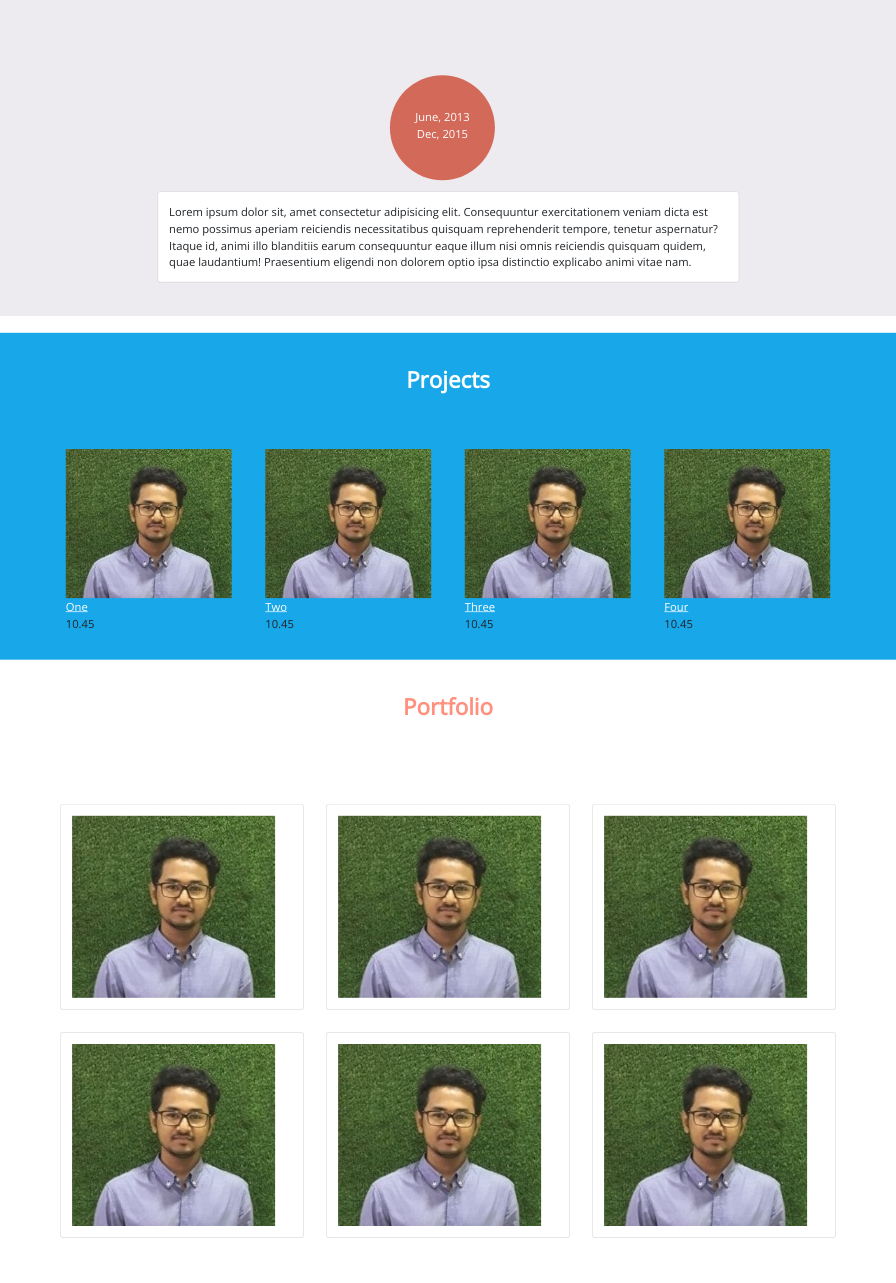
Repository: emowzz/emowzz.github.io
Page: index.html
The author's editor kept a copy of each file at every save. The page is drawn from the files as they stood at one save, then again after the next save.
The browser window is 1280 px wide. The pictures show the part of the page from y = 1748 to 3668 px (the page is 3581 px tall before and 3668 px after), at 70% of full size.
Some web libraries are served in a nearby version.

Above is the page before, as saved 2021-03-17 23:55:15.

### index.html
<!doctype html>
<html lang="en">

<head>
  <!-- Required meta tags -->
  <meta charset="utf-8">
  <meta name="viewport" content="width=device-width, initial-scale=1">
  <link rel="shortcut icon" type="image/png" href="./Image/myImgZoom.jpg">
  <!-- Bootstrap CSS -->
  <link href="https://cdn.jsdelivr.net/npm/bootstrap@5.0.0-beta2/dist/css/bootstrap.min.css" rel="stylesheet"
    integrity="sha384-BmbxuPwQa2lc/FVzBcNJ7UAyJxM6wuqIj61tLrc4wSX0szH/Ev+nYRRuWlolflfl" crossorigin="anonymous">
  <link rel="preconnect" href="https://fonts.gstatic.com">
  <link href="https://fonts.googleapis.com/css2?family=Open+Sans:wght@300&display=swap" rel="stylesheet">
  <link rel="stylesheet" href="./CSS/style.css">


  <title>Hi There, I'm Fahim Foysal Emon!</title>

  <script src="https://kit.fontawesome.com/a076d05399.js" crossorigin="anonymous"></script>
</head>

<body>

  <!-- this is banner section -->
  <section class="banner-container container-fluid">
    <div class="row vh-100">
      <div class="col-md-9 banner-column m-auto text-center text-white p-4 border border-light">
        <h1 class="display:4 fw-bolder">Fahim Foysal Emon</h1>
        <h3>Software Developer</h3>
      </div>
    </div>
  </section>

  <!-- this is nav-bar section -->
  <nav class="navbar navbar-expand-lg navbar-dark navbar-container">
    <div class="container-fluid">
      <button class="navbar-toggler" type="button" data-bs-toggle="collapse" data-bs-target="#navbarSupportedContent"
        aria-controls="navbarSupportedContent" aria-expanded="false" aria-label="Toggle navigation">
        <span class="navbar-toggler-icon"></span>
      </button>
      <div class="collapse navbar-collapse" id="navbarSupportedContent">
        <ul class="navbar-nav m-auto mb-2 mb-lg-0">
          <li class="nav-item">
            <a class="nav-link active" aria-current="page" href="#About">ABOUT</a>
          </li>
          <li class="nav-item">
            <a class="nav-link" href="#Education">EDUCATION</a>
          </li>
          <li class="nav-item">
            <a class="nav-link" href="#Project">PROJECT</a>
          </li>
          <li class="nav-item">
            <a class="nav-link" href="#Portfolio">PORTFOLIO</a>
          </li>
          <li class="nav-item">
            <a class="nav-link" href="#Gallery">GALLERY</a>
          </li>
          <li class="nav-item">
            <a class="nav-link" href="#Contact">CONTACT</a>
          </li>
        </ul>
      </div>
    </div>
  </nav>

  <!-- this is about section -->
  <div class="about-container" id="About">
    <div class="container">
      <div class="row align-items-center justify-content-center">
        <div class="col-md-9 py-5 text-white">
          <h3>Fahim Foysal Emon</h3>
          <p>Software Developer</p>
          <p>Lorem ipsum dolor, sit amet consectetur adipisicing elit. Qui a architecto tempore blanditiis, aperiam
            eius, id optio fugit odit quis reiciendis ad expedita consequatur dolores repellendus asperiores illum
            assumenda molestias distinctio dicta suscipit mollitia doloribus eum voluptates. Quisquam molestiae eius
            numquam quidem iusto asperiores dolorem minima minus accusantium, accusamus doloribus.</p>
          <p>Lorem ipsum dolor sit, amet consectetur adipisicing elit. Sint quidem accusamus dolor sed voluptas
            distinctio eos? Tempore sed omnis mollitia asperiores quos quidem hic porro consectetur? Numquam in ipsa
            commodi inventore nostrum asperiores consequuntur! Nemo molestiae necessitatibus suscipit doloribus eius!
          </p>
          <p>
            Lorem ipsum dolor sit amet consectetur adipisicing elit. Nisi suscipit dignissimos tempore culpa soluta,
            assumenda voluptas dolores quam nobis? Sed ad dolores itaque eveniet nulla autem quos et. Animi, laudantium?
          </p>
        </div>

        <div class="col-md-3 mb-4">
          <img src="/Image/myImg.png" alt="" class="img-fluid border rounded-circle border-light">
        </div>
      </div>
    </div>
  </div>

  <!-- this is education section -->
  <div class="education-container" id="Education">
    <div class="container">
      <div class="row text-center">
        <div class="col py-5">
          <h2 class="bg-redType-color fw-bolder">
            Education
          </h2>
        </div>
      </div>

      <div class="row my-4 py-5 align-items-center justify-content-center">
        <div class="col-md-2 pd-3 mx-5">
          <div class="circle text-center text-white">
            <p class="py-5">
              June, 2013 <br>
              Dec, 2015
            </p>
          </div>
        </div>

        <div class="col-md-9">
          <div class="card">
            <div class="card-body">
              Lorem ipsum dolor sit, amet consectetur adipisicing elit. Consequuntur exercitationem veniam dicta est
              nemo possimus aperiam reiciendis necessitatibus quisquam reprehenderit tempore, tenetur aspernatur? Itaque
              id, animi illo blanditiis earum consequuntur eaque illum nisi omnis reiciendis quisquam quidem, quae
              laudantium! Praesentium eligendi non dolorem optio ipsa distinctio explicabo animi vitae nam.
            </div>
          </div>
        </div>

      </div>

      <div class="row my-4 py-5 align-items-center justify-content-center">
        <div class="col-md-2 pb-3 mx-5">
          <div class="circle text-center text-white">
            <p class="py-5">
              June, 2013 <br>
              Dec, 2015
            </p>
          </div>
        </div>

        <div class="col-md-9">
          <div class="card">
            <div class="card-body">
              Lorem ipsum dolor sit, amet consectetur adipisicing elit. Consequuntur exercitationem veniam dicta est
              nemo possimus aperiam reiciendis necessitatibus quisquam reprehenderit tempore, tenetur aspernatur? Itaque
              id, animi illo blanditiis earum consequuntur eaque illum nisi omnis reiciendis quisquam quidem, quae
              laudantium! Praesentium eligendi non dolorem optio ipsa distinctio explicabo animi vitae nam.
            </div>
          </div>
        </div>

      </div>
    </div>
  </div>

  <!-- this is project section -->

  <div class="project-container" id="Project">
    <div class="container">
      <div class="row text-center">
        <div class="col py-5">
          <h2 class="text-white fw-bolder">
            Projects
          </h2>
        </div>
      </div>
      <div class="row">
        <div class="col-md-3 p-4">
          <img src="./Image/myImgZoom.jpg" alt="" class="img-fluid">
          <a href="" class="text-white">One</a>
          <p>10.45</p>
        </div>
        <div class="col-md-3 p-4">
          <img src="./Image/myImgZoom.jpg" alt="" class="img-fluid">
          <a href="" class="text-white">Two</a>
          <p>10.45</p>
        </div>
        <div class="col-md-3 p-4">
          <img src="./Image/myImgZoom.jpg" alt="" class="img-fluid">
          <a href="" class="text-white">Three</a>
          <p>10.45</p>
        </div>
        <div class="col-md-3 p-4">
          <img src="./Image/myImgZoom.jpg" alt="" class="img-fluid">
          <a href="" class="text-white">Four</a>
          <p>10.45</p>
        </div>
        </div>
      </div>
    </div>


    <!-- This is portfolio section -->

    <div class="portfolio-container" id="Portfolio">
      <div class="container">
        <div class="row text-center py-5">
          <div class="col">
            <h2 class="fw-bolder bg-redType-color">
              Portfolio
            </h2>
          </div>
        </div>

        <div class="row py-5">

          <div class="col-md-4 p-3">
            <div class="card">
              <div class="card-body">
                <img src="./Image/myImgZoom.jpg" alt="" class="img-fluid">
              </div>
            </div>
          </div>

          <div class="col-md-4 p-3">
            <div class="card">
              <div class="card-body">
                <img src="./Image/myImgZoom.jpg" alt="" class="img-fluid">
              </div>
            </div>
          </div>

          <div class="col-md-4 p-3">
            <div class="card">
              <div class="card-body">
                <img src="./Image/myImgZoom.jpg" alt="" class="img-fluid">
              </div>
            </div>
          </div>

          <div class="col-md-4 p-3">
            <div class="card">
              <div class="card-body">
                <img src="./Image/myImgZoom.jpg" alt="" class="img-fluid">
              </div>
            </div>
          </div>

          <div class="col-md-4 p-3">
            <div class="card">
              <div class="card-body">
                <img src="./Image/myImgZoom.jpg" alt="" class="img-fluid">
              </div>
            </div>
          </div>

          <div class="col-md-4 p-3">
            <div class="card">
              <div class="card-body">
                <img src="./Image/myImgZoom.jpg" alt="" class="img-fluid">
              </div>
            </div>
          </div>


        </div>

      </div>

    </div>

    <!-- this is contact section -->

    <div class="contact-container">
      <div class="container">

      </div>
    </div>

  <!-- Optional JavaScript; choose one of the two! -->

  <!-- Option 1: Bootstrap Bundle with Popper -->
  <script src="https://cdn.jsdelivr.net/npm/bootstrap@5.0.0-beta2/dist/js/bootstrap.bundle.min.js"
    integrity="sha384-b5kHyXgcpbZJO/tY9Ul7kGkf1S0CWuKcCD38l8YkeH8z8QjE0GmW1gYU5S9FOnJ0"
    crossorigin="anonymous"></script>

  <!-- Option 2: Separate Popper and Bootstrap JS -->
  <!--
    <script src="https://cdn.jsdelivr.net/npm/@popperjs/core@2.6.0/dist/umd/popper.min.js" integrity="sha384-KsvD1yqQ1/1+IA7gi3P0tyJcT3vR+NdBTt13hSJ2lnve8agRGXTTyNaBYmCR/Nwi" crossorigin="anonymous"></script>
    <script src="https://cdn.jsdelivr.net/npm/bootstrap@5.0.0-beta2/dist/js/bootstrap.min.js" integrity="sha384-nsg8ua9HAw1y0W1btsyWgBklPnCUAFLuTMS2G72MMONqmOymq585AcH49TLBQObG" crossorigin="anonymous"></script>
    -->
</body>

</html>

### CSS/style.css
body {
    font-family: 'Open Sans', sans-serif;
}


.banner-container {
    background-color: #CACACA;
}

.banner-column {
    background-color: #868486;
}

.navbar-container {
    top: 0%;
    background-color: #102040;
    position: sticky;
    z-index: 1;
}

.about-container {
    background-color: #00A9C0;
}

.education-container {
    background-color: #eeebf0;
}

.bg-redType {
    background-color: #d36959;
}

.bg-redType-color {
    color: #FF907E;
}

.circle {
    background-color: #d36959;
    width: 150px;
    height: 150px;
    border-radius: 50%;
}

.project-container {
    background-color: #18a7e9;
}

.card-img-top {
    width: 100%;
    height: 15vw;
    object-fit: cover;
}

.contact-container {
    background-color: #474D5F;
}

After the next save:
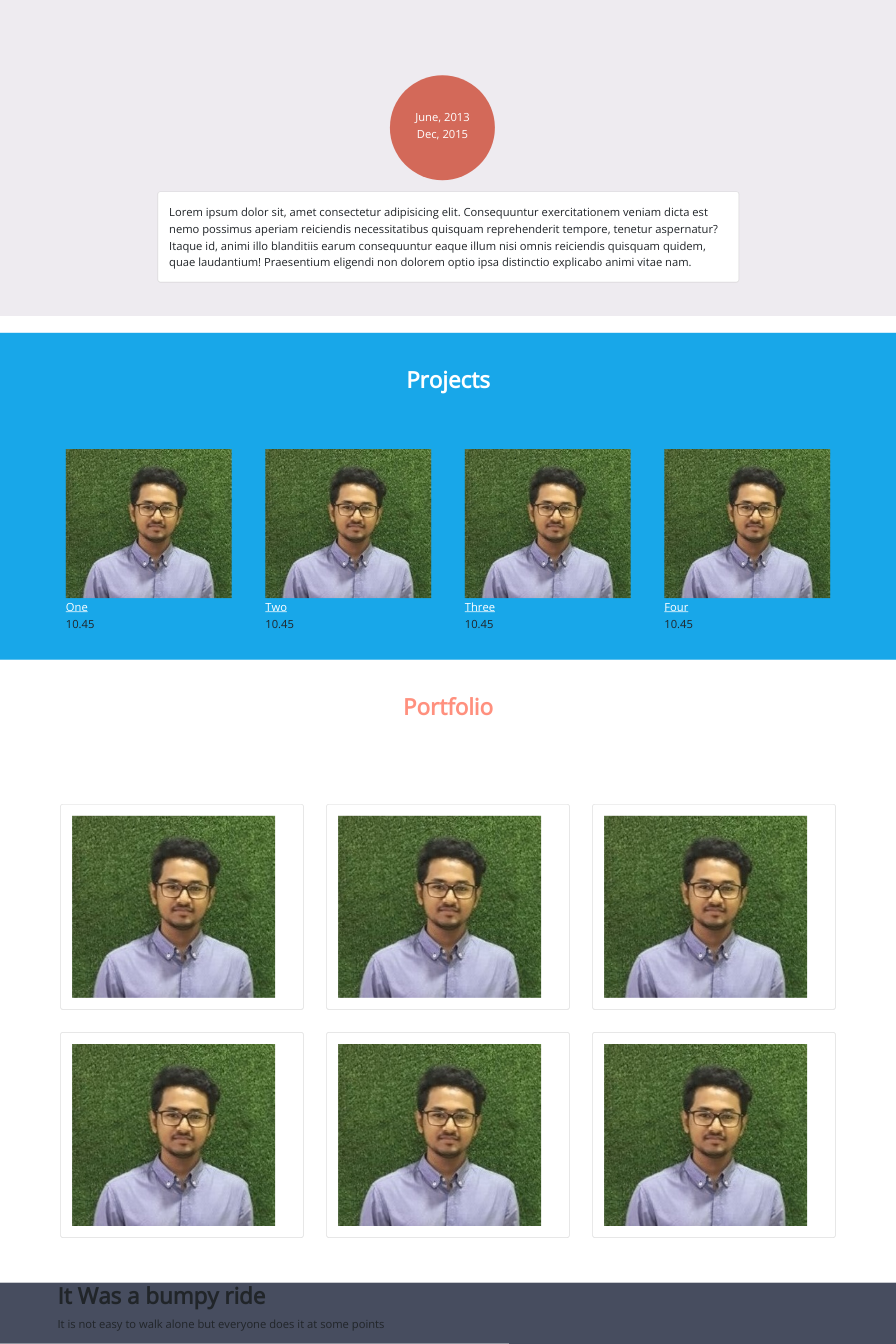
Saved 111 s later.
--- a/index.html
+++ b/index.html
@@ -260,7 +260,12 @@
 
     <div class="contact-container">
       <div class="container">
-
+        <div class="row">
+          <div class="col">
+            <h2 class="fw-bolder">It Was a bumpy ride</h2>
+            <p>It is not easy to walk alone but everyone does it at some points</p>
+          </div>
+        </div>
       </div>
     </div>
 
